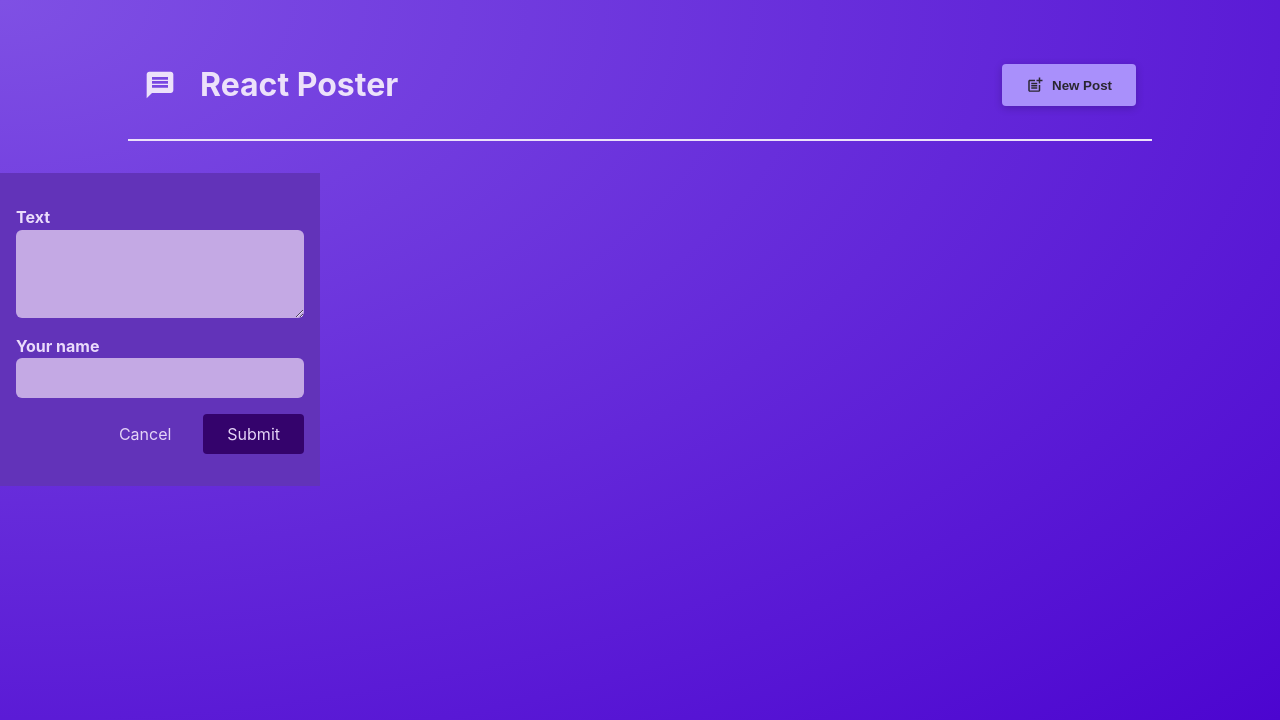
Repository: NelsonBaez/react-refresher
Page: /create-post
The author's editor kept a copy of each file at every save. The page is drawn from the files as they stood at one save, then again after the next save.
The browser window is 1280 px wide. The pictures show the whole page.
The project was rebuilt for these pictures with package versions that can differ from the ones it lists, and the page was loaded fresh each time. Also part of the build but not shown: vite.config.js, src/components/Post.module.css, src/components/Post.jsx, src/components/PostList.module.css, src/components/PostList.jsx, src/routes/Posts.jsx.

Above is the page before, as saved 2024-05-22 14:13:10.

### src/main.jsx
import React from 'react'
import ReactDOM from 'react-dom/client'
import Posts from './routes/Posts.jsx'
import './index.css'
import { RouterProvider, createBrowserRouter } from 'react-router-dom'
import NewPost from './routes/NewPost.jsx'
import RootLayout from './routes/RootLayout.jsx'

const router = createBrowserRouter([
  { path: '/', element: <RootLayout />, children: [
    { path: '/', element: <Posts /> },
    { path: '/create-post', element: <NewPost /> },
  ]},

]);

ReactDOM.createRoot(document.getElementById('root')).render(
  <React.StrictMode>
    <RouterProvider router={router} />
  </React.StrictMode>,
)

### src/routes/NewPost.jsx
import PropTypes from 'prop-types';
import classes from './NewPost.module.css';
import { useState } from 'react';

function NewPost({onCancel, onAddPost}) {
  const [body, setBody] = useState('');
  const [author, setAuthor] = useState('');

  const bodyChangeHandler = e => setBody(e.target.value);

  const authorChangeHandler = e => setAuthor(e.target.value);

  const submitHandler = e => {
    e.preventDefault();
    const postData = {
      body:body,
      author:author
    }
    onAddPost(postData);
    onCancel();
  }

  return (
    <form className={classes.form} onSubmit={submitHandler}>
      <p>
        <label htmlFor="body">Text</label>
        <textarea id="body" required rows={3} onChange={bodyChangeHandler} />
      </p>
      <p>
        <label htmlFor="name">Your name</label>
        <input type="text" id="name" required onChange={authorChangeHandler} />
      </p>
      <p className={classes.actions}>
        <button type='button' onClick={onCancel}>Cancel</button>
        <button>Submit</button>
      </p>
    </form>
  );
}

NewPost.propTypes = {
  onCancel: PropTypes.func.isRequired,
  onAddPost: PropTypes.func.isRequired,
}

export default NewPost;

### src/routes/RootLayout.jsx
import { Outlet } from "react-router-dom";
import MainHeader from "../components/MainHeader";

function RootLayout() {
  return (
    <>
      <MainHeader />
      <Outlet/>
    </>
  )
}

export default RootLayout;

### src/routes/NewPost.module.css
.form {
  background-color: #6233b9;
  padding: 1rem;
  width: 20rem;
}

.form label {
  display: block;
  margin-bottom: 0.05rem;
  color: #eadbfb;
  font-weight: bold;
}

.form input,
.form textarea {
  display: block;
  width: 100%;
  font: inherit;
  padding: 0.5rem;
  border-radius: 6px;
  border: none;
  background-color: #c4a9e4;
  color: #28262c;
}

.actions {
  display: flex;
  justify-content: flex-end;
  gap: 0.5rem;
}

.actions button {
  cursor: pointer;
  font: inherit;
  padding: 0.5rem 1.5rem;
  border: none;
  border-radius: 4px;
  background-color: #34036c;
  color: #e5d5f7;
}

.actions button:hover {
  background-color: #23014a;
}

.actions button[type='button'] {
  background-color: transparent;
}

.actions button[type='button']:hover {
  color: #d1bee6;
}

### src/components/MainHeader.jsx
import PropTypes from 'prop-types';
import { MdPostAdd, MdMessage } from 'react-icons/md';

import classes from './MainHeader.module.css';

function MainHeader({ onCreatePost }) {
  return (
    <header className={classes.header}>
      <h1 className={classes.logo}>
        <MdMessage />
        React Poster
      </h1>
      <p>
        <button className={classes.button} onClick={onCreatePost}>
          <MdPostAdd size={18} />
          New Post
        </button>
      </p>
    </header>
  );
}


MainHeader.propTypes = {
  onCreatePost: PropTypes.func.isRequired,
}

export default MainHeader;

### src/components/Modal.jsx
import PropTypes from 'prop-types';
import classes from './Modal.module.css';

function Modal({children, onClose}) {
  return (
    <>
      <div className={classes.backdrop} onClick={onClose}/>
      <dialog open className={classes.modal}>
        {children}
      </dialog>
    </>
  )
}

Modal.propTypes = {
  children: PropTypes.element.isRequired,
  onClose: PropTypes.func.isRequired,
}


export default Modal;

Loaded but not shown: index.html (common file); src/index.css (common file); src/components/MainHeader.module.css (common file); src/components/Modal.module.css (common file)

After the next save:
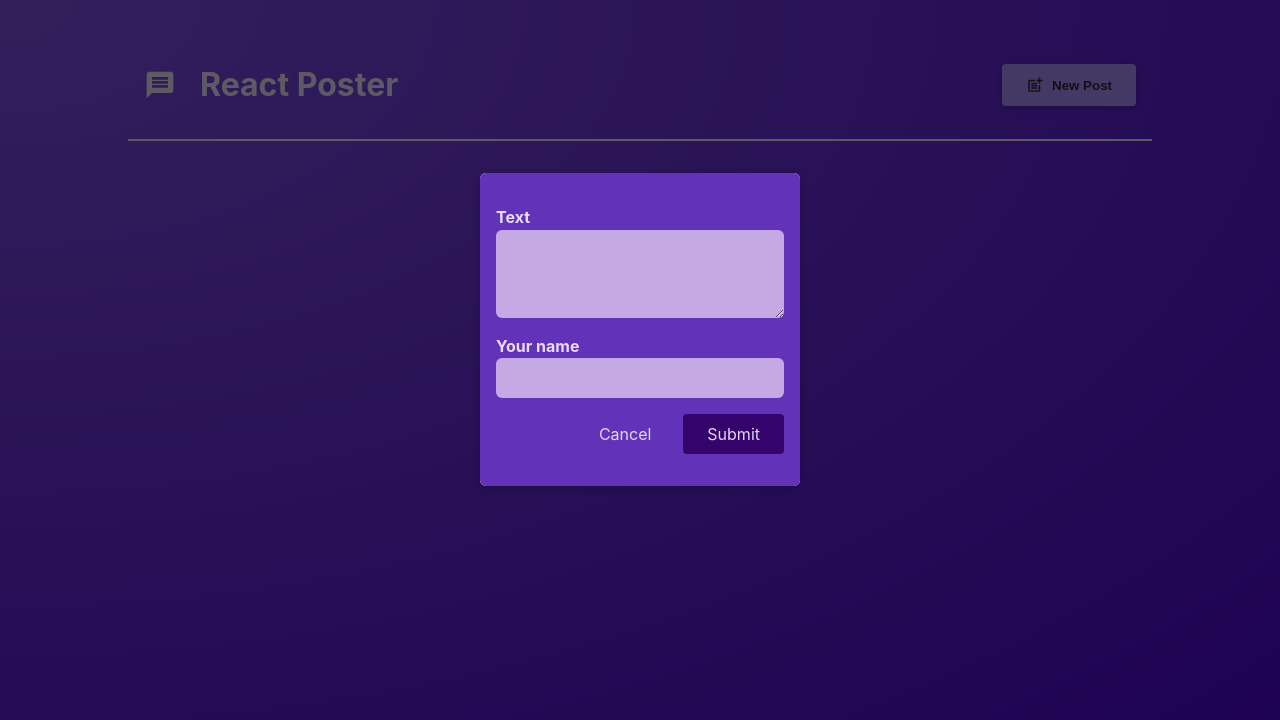
Saved 68 s later.
--- a/src/routes/NewPost.jsx
+++ b/src/routes/NewPost.jsx
@@ -1,6 +1,7 @@
 import PropTypes from 'prop-types';
 import classes from './NewPost.module.css';
 import { useState } from 'react';
+import Modal from '../components/Modal';
 
 function NewPost({onCancel, onAddPost}) {
   const [body, setBody] = useState('');
@@ -21,20 +22,22 @@ function NewPost({onCancel, onAddPost}) {
   }
 
   return (
-    <form className={classes.form} onSubmit={submitHandler}>
-      <p>
-        <label htmlFor="body">Text</label>
-        <textarea id="body" required rows={3} onChange={bodyChangeHandler} />
-      </p>
-      <p>
-        <label htmlFor="name">Your name</label>
-        <input type="text" id="name" required onChange={authorChangeHandler} />
-      </p>
-      <p className={classes.actions}>
-        <button type='button' onClick={onCancel}>Cancel</button>
-        <button>Submit</button>
-      </p>
-    </form>
+    <Modal>
+      <form className={classes.form} onSubmit={submitHandler}>
+        <p>
+          <label htmlFor="body">Text</label>
+          <textarea id="body" required rows={3} onChange={bodyChangeHandler} />
+        </p>
+        <p>
+          <label htmlFor="name">Your name</label>
+          <input type="text" id="name" required onChange={authorChangeHandler} />
+        </p>
+        <p className={classes.actions}>
+          <button type='button' onClick={onCancel}>Cancel</button>
+          <button>Submit</button>
+        </p>
+      </form>
+    </Modal>
   );
 }
 
